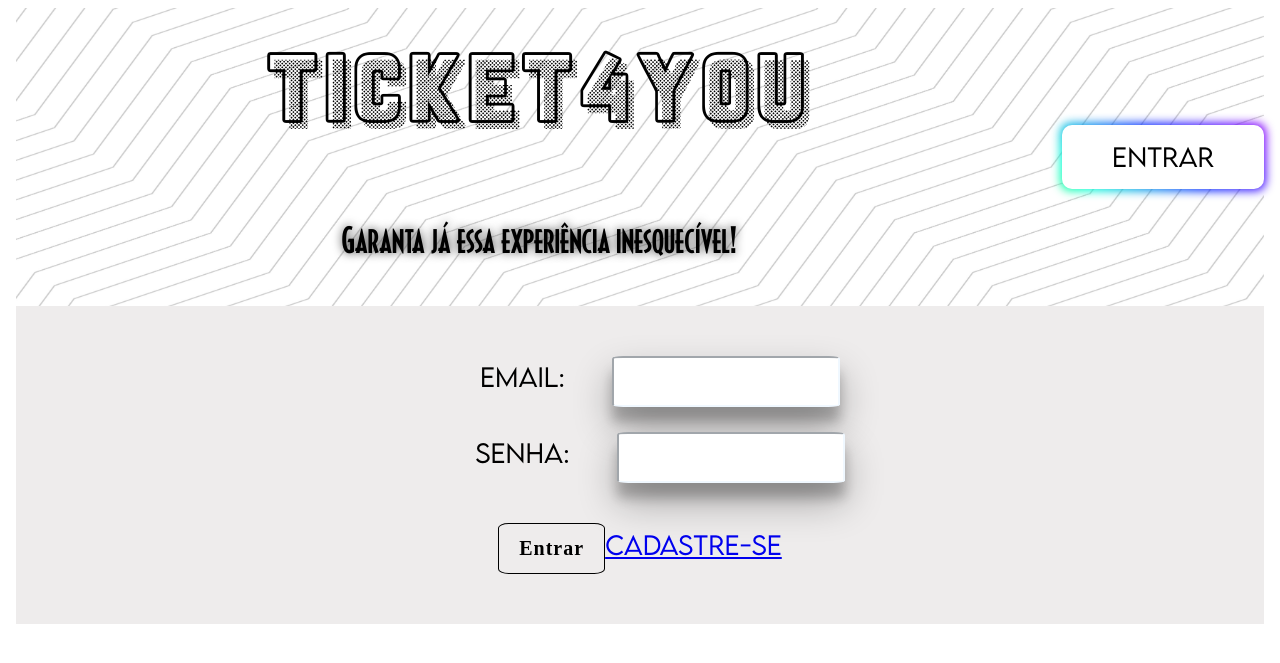
Repository: hellengurgaczz/projeto-DSA
Page: /login
The author's editor kept a copy of each file at every save. The page is drawn from the files as they stood at one save, then again after a run of saves.
The browser window is 1280 px wide. The pictures show the whole page.
The project was rebuilt for these pictures with package versions that can differ from the ones it lists, and the page was loaded fresh each time. Also part of the build but not shown: angular.json, src/app/ingressos/templates/cadastrar/cadastrar.component.ts, src/app/models/ingresso.model.ts, src/app/services/ingresso.service.ts, src/app/compra/comprar-ingresso/comprar-ingresso.component.ts, src/app/models/compra.model.ts, src/app/services/compra.service.ts, src/app/ingressos/templates/deletar/deletar.component.ts and 3 more.

Above is the page before, as saved 2022-05-10 12:37:31.

After the next 2 saves:
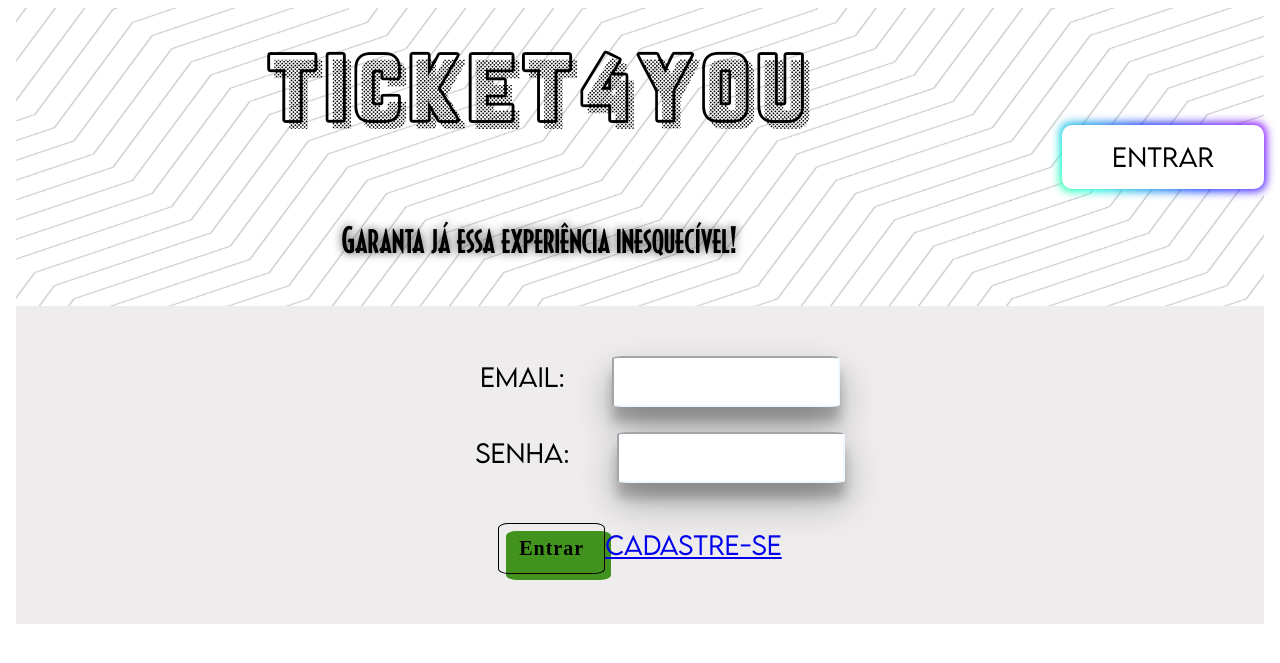
The 2 saves are shown as one change because they came seconds apart.
The last was saved 12 s later.
--- a/src/app/login/login.component.css
+++ b/src/app/login/login.component.css
@@ -49,8 +49,19 @@ button{
 }
 
 button::after{
+  content: "";
+  background-color: #33960c;
+  border-radius: 10%;
+  width: 100%;
+  z-index: -1;
+  position: absolute;
+  height: 100%;
+  top: 7px;
+  left: 7px;
+  transition: 0.2s;
+}
 
-}
+
 
 @font-face{
   font-family: LEMONMILKLight;
